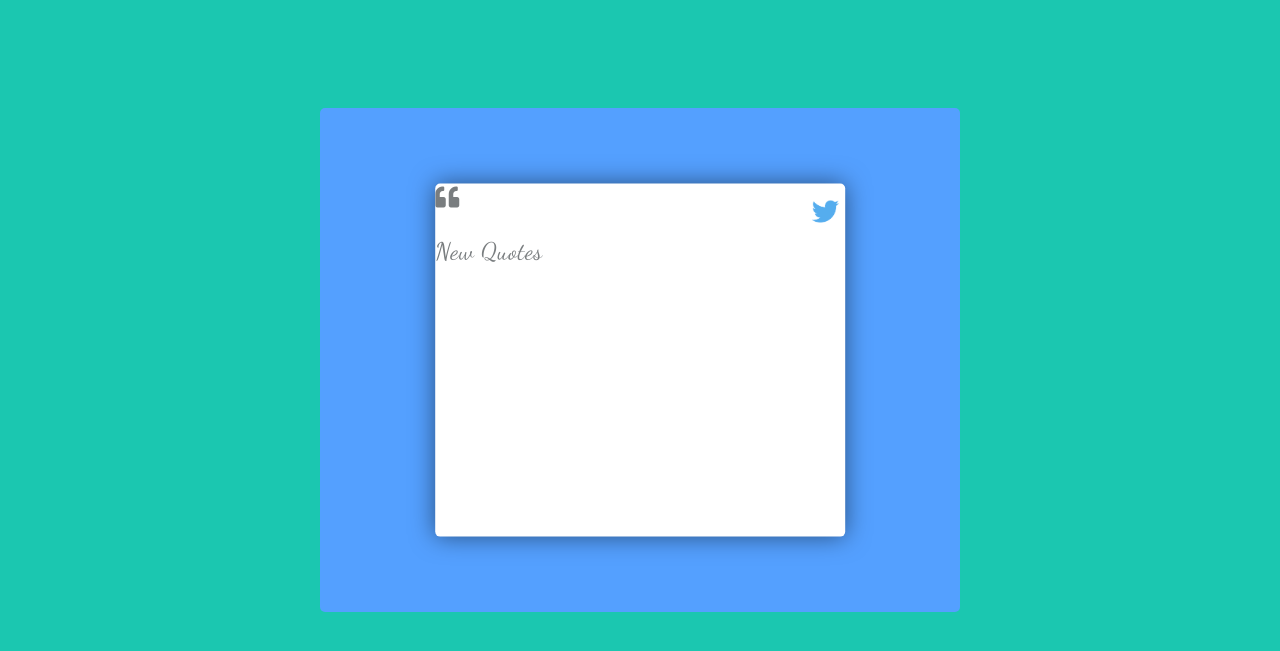
Repository: AalokJadhav/Dynamic_Quotes
Page: index.html
These files come from the project's save history. The page is drawn as it stood at one moment and after the next save; the edit follows.
The browser window is 1280 px wide. The pictures show the whole page.
The page's requests for data from a server got no answer. Some web fonts or font styles are not loaded; a fallback is used. Some web libraries are served in a nearby version.

Above is the page before, as saved 2020-11-07 16:03:34.
Console error: SyntaxError: Invalid left-hand side in assignment

After the next save:
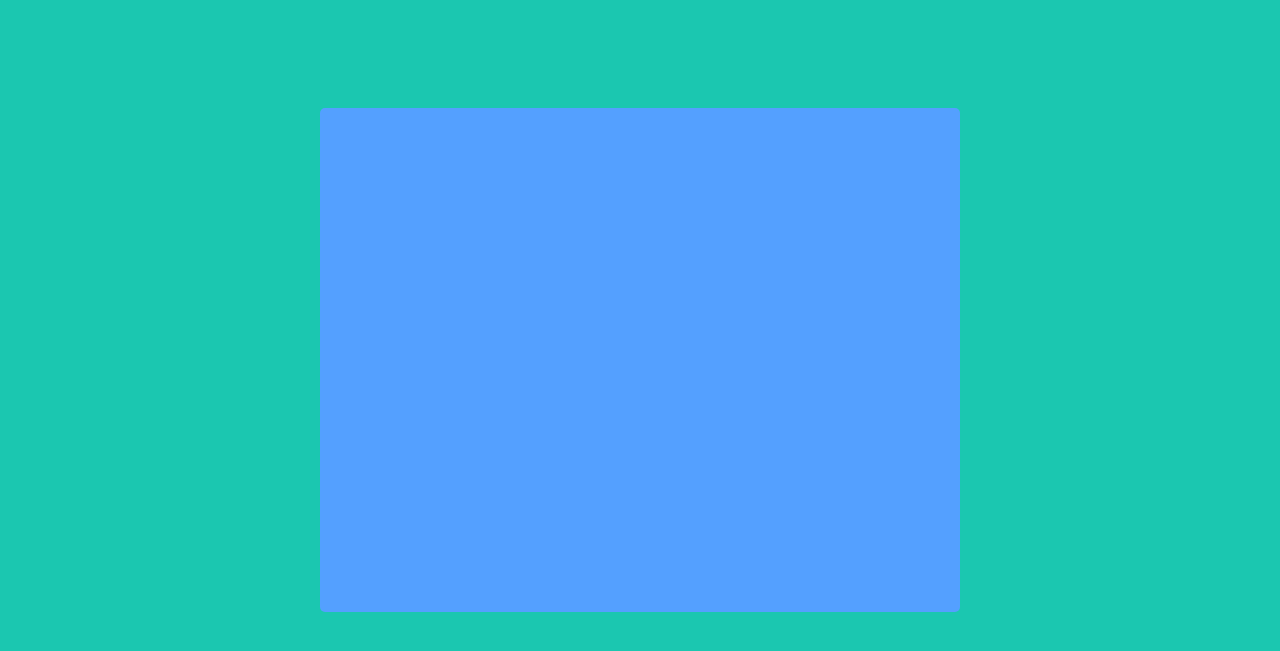
Saved 90 s later.
--- a/index.html
+++ b/index.html
@@ -13,7 +13,7 @@
 <body>
 
     <div class="container">
-        <div class="inner">
+        <div class="inner" data-aos="zoom-in">
             <div class="box">
                 <p class="number">
                     <img src="images/twitter_logo.png" alt="tweetMe" title="tweetMe" id="tweetMe">

After the save that followed:
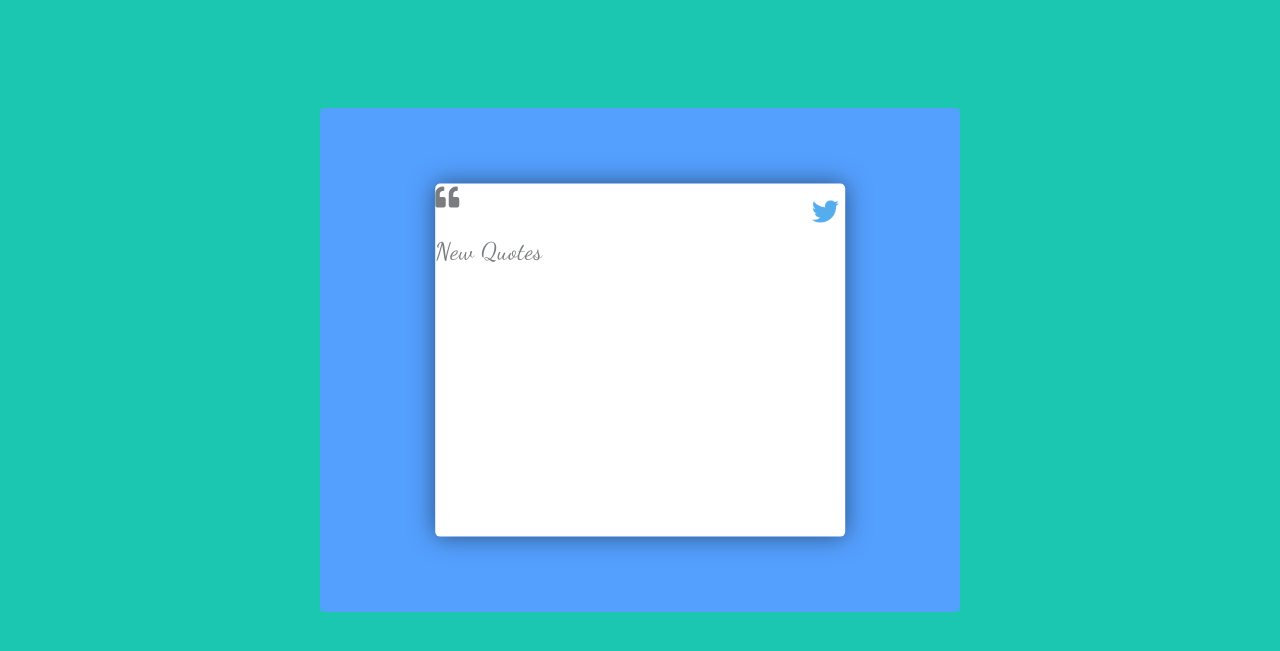
The error is gone.
Saved 3 min 29 s later.
--- a/index.html
+++ b/index.html
@@ -30,7 +30,7 @@
         </div>
     </div>
 
-    <script src="https://unpkg.com/aos@2.3.1/dist/aos.css"></script>
+    <script src="https://unpkg.com/aos@2.3.1/dist/aos.js"></script>
     <script>
         AOS.init();
         const quotes = document.getElementById('quotes');
